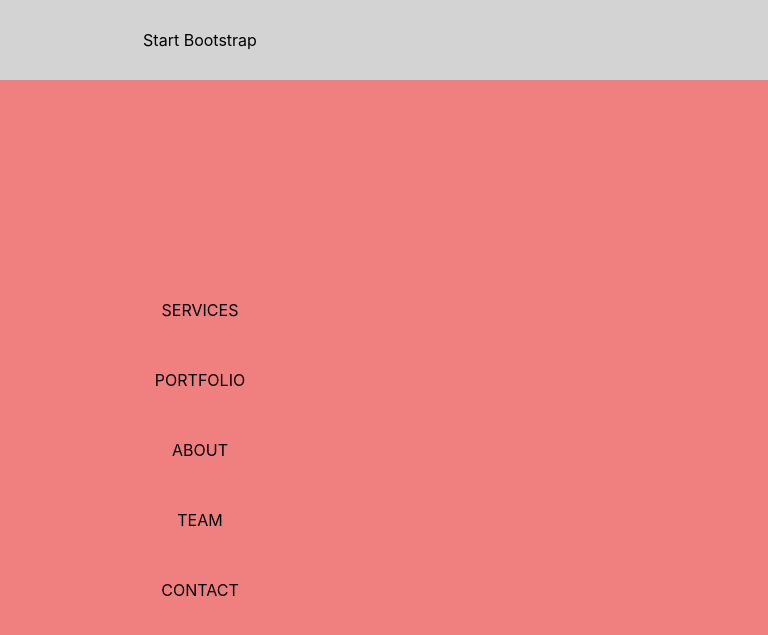
Repository: ooter37/media-queries-afternoon
Page: / (app in portfolio-clone/)
The author's editor kept a copy of each file at every save. The page is drawn from the files as they stood at one save, then again after the next save.
The browser window is 768 px wide. The pictures show the whole page.
The project was rebuilt for these pictures with package versions that can differ from the ones it lists, and the page was loaded fresh each time.

Above is the page before, as saved 2020-04-13 13:55:49.

### portfolio-clone/src/App.js
import React from 'react';
import './App.css';
import Banner from './Components/Banner'

function App() {
  return (
    <div className="App">
      <Banner />
    </div>
  );
}

export default App;

### portfolio-clone/src/App.css
body {
  width: 100vw;
  background-color: lightcoral;
}

.header {
  width: 100%;
  height: 80px;
  background-color: lightgrey;
  display: flex;
}

.navbar {
  height: 100%;
  width: 100%;
  display: flex;
  align-items: center;
}

.buttons {
  width: 400px;
	display: flex;
	flex-direction: row;
	justify-content: space-between;
  align-items: center;
  position: fixed;
  top: 30px;
  right: 20px;

}

.start-bootstrap {
  width: 400px;
  position: fixed;
  display: flex;
  justify-content: center;
  position: fixed;
  top: 30px;
  left: 0px;
}

@media screen and (max-width: 991px) {
  .navbar {
    flex-direction: column;
    justify-content: space-between;
    align-items: stretch;
    align-content: stretch;
    position: none;
  }
  .buttons {
    flex-direction: column;
    min-width: 300px;
    height: 300px;
    left: 0px;
    top: 300px;
  }

}

### portfolio-clone/src/Components/Banner.js
import React from 'react'



export default class Banner extends React.Component {
    constructor() {
        super()

    }
    render() {
        return (
            <header className='header'>
                <nav className='navbar'>
                    <div className='start-bootstrap'>Start Bootstrap</div>
                    <div className='buttons'>

                            <div>SERVICES</div>

                            <div>PORTFOLIO</div>

                            <div>ABOUT</div>

                            <div>TEAM</div>

                            <div>CONTACT</div>

                    </div>
                </nav>
            </header>
        )
    }
}

Loaded but not shown: portfolio-clone/public/index.html (common file); portfolio-clone/src/index.js (common file); portfolio-clone/src/index.css (common file); portfolio-clone/src/serviceWorker.js (common file)

After the next save:
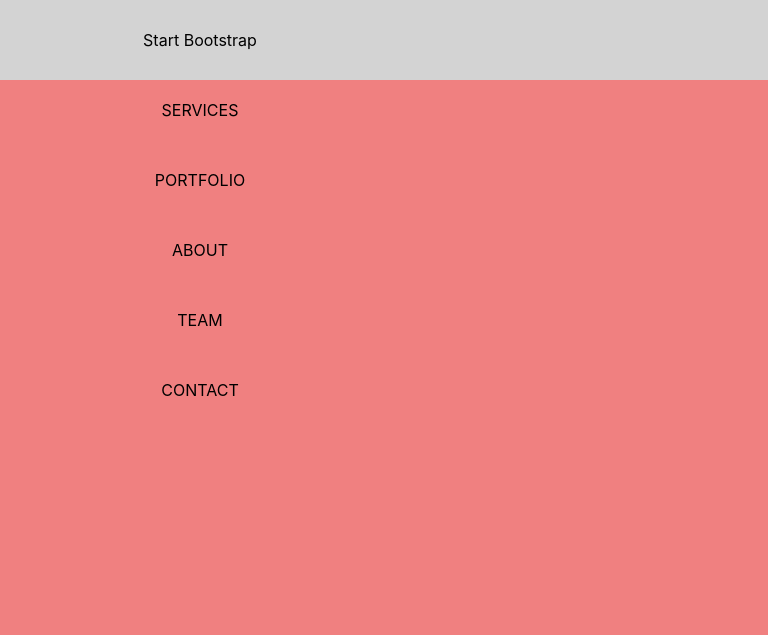
Saved 6 s later.
--- a/portfolio-clone/src/App.css
+++ b/portfolio-clone/src/App.css
@@ -52,7 +52,7 @@ body {
     min-width: 300px;
     height: 300px;
     left: 0px;
-    top: 300px;
+    top: 100px;
   }
 
 }
